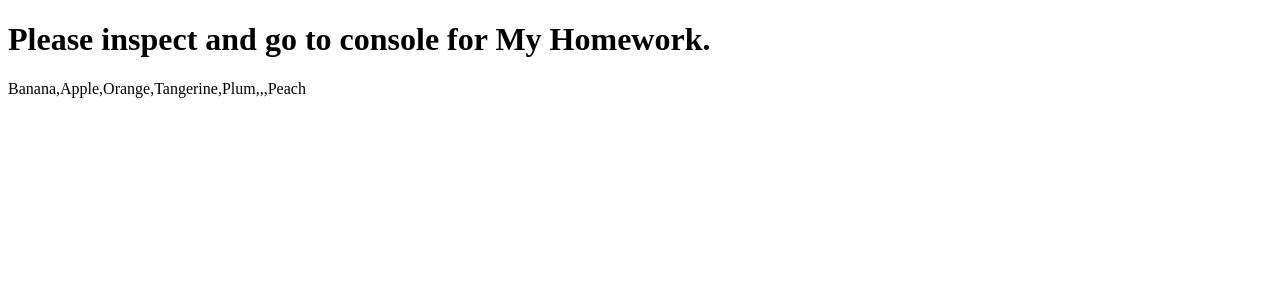
Repository: brightwhitesnow/brightwhitesnow.github.io
Page: Weba/lesson2/homeworkfiles/index.html
An editor plug-in stored every save of this project. The page is shown before and after the next save, followed by the edit.
The browser window is 1280 px wide. The pictures show the whole page.

Above is the page before, as saved 2021-04-18 10:18:52.

### Weba/lesson2/homeworkfiles/index.html
<!DOCTYPE html>
<html lang="en">
<head>
    <meta charset="UTF-8">
    <meta http-equiv="X-UA-Compatible" content="IE=edge">
    <meta name="viewport" content="width=device-width, initial-scale=1.0">
    <title>Document</title>
</head>
<body>

<h1>Please inspect and go to console for My Homework.</h1>

<p id="demo"></p>

<script src="./script.js"></script>
</body>
</html>

### Weba/lesson2/homeworkfiles/script.js
console.log('Bài 1')

for (let b = 0; b <= 100; b = b + 7) {
    console.log(b)
}

console.log('Bài 2')

let i = 1;
let j = 1;
if (i === 1) {
    console.log('Monday')
    i++
}
if (j === 1) {
    console.log('Brush My Teeth')
    console.log('Eat')
    console.log('Go to School')
    j++
}
if (i === 2) {
    console.log('Tuesday')
    i++
}
if (j === 2) {
    console.log('Brush My Teeth')
    console.log('Eat')
    console.log('Go to School')
    j++
}
if (i === 3) {
    console.log('Wednesday')
    i++
}
if (j === 3) {
    console.log('Brush My Teeth')
    console.log('Eat')
    console.log('Go to School')
    j++
}
if (i === 4) {
    console.log('Thursday')
    i++
}
if (j === 4) {
    console.log('Brush My Teeth')
    console.log('Eat')
    console.log('Go to School')
    j++
}
if (i === 5) {
    console.log('Friday')
    i++
}
if (j === 5) {
    console.log('Brush My Teeth')
    console.log('Eat')
    console.log('Go to School')
    j++
}

console.log('Bài 3')

for (let z = 50; z <= 70; z++) {
    console.log('Hello Duong ' + z)
}

console.log('Bai 2 Again')

let bai2 = (thu, name) => {
    console.log(thu)
    console.log('Wake Up!')
    console.log('Brush My teeth')
    console.log(name + ', Eat')
}
bai2('Monday', 'Ben')
bai2('Tuesday', 'Ben')
bai2('Wednesday', 'Ben')
bai2('Thursday', 'Ben')
bai2('Friday', 'Ben')













let z = 7
let y = 5


if (y == 0) {
    console.log('Error')
}

if (z == 0) {
    console.log('Error')
}


console.log('Addition')

let a = (y, z) => {
    console.log(y + z)
}

console.log('Multiplication')

let m = (y, z) => {
    console.log(y * z)
}

console.log('Subtraction')

let s = (y, z) => {
    console.log(y - z)
}

console.log('Division')

let d = (y, z) => {
    console.log(y / z)
}





var arr1 = ["Banana", "Apple", "Orange", "Tangerine", "Plum", "", ""];
var myChildren = arr1.concat("Peach");
document.getElementById("demo").innerHTML = myChildren;

After the next save:
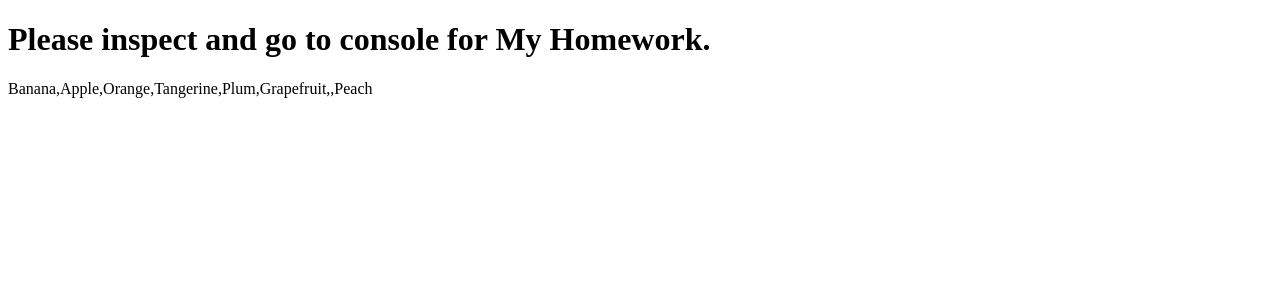
Saved 11 s later.
--- a/Weba/lesson2/homeworkfiles/script.js
+++ b/Weba/lesson2/homeworkfiles/script.js
@@ -132,6 +132,6 @@ let d = (y, z) => {
 
 
 
-var arr1 = ["Banana", "Apple", "Orange", "Tangerine", "Plum", "", ""];
+var arr1 = ["Banana", "Apple", "Orange", "Tangerine", "Plum", "Grapefruit", ""];
 var myChildren = arr1.concat("Peach");
 document.getElementById("demo").innerHTML = myChildren;
